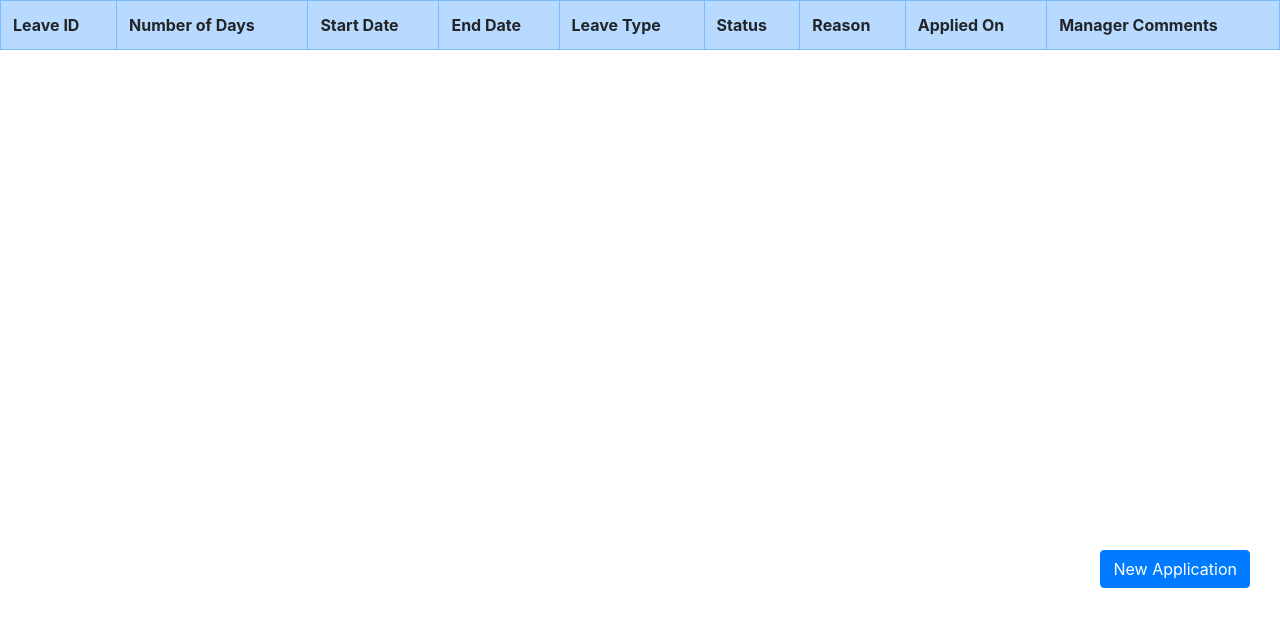
Repository: rkmr039/EMS_PROJECT
Page: http://localhost/EMS/MyLeaves.jsp
The author's editor kept a copy of each file at every save. The page is drawn from the files as they stood at one save, then again after the next save.
The browser window is 1280 px wide. The pictures show the whole page.
The page is served by Tomcat 9. Other server files are loaded and not shown.

Above is the page before, as saved 2019-08-27 11:40:48.
Console error: TypeError: Cannot read properties of undefined (reading 'fn')

### EMS/WebContent/MyLeaves.jsp
<%@ page language="java" contentType="text/html; charset=ISO-8859-1"
    pageEncoding="ISO-8859-1"%>
<!DOCTYPE html PUBLIC "-//W3C//DTD HTML 4.01 Transitional//EN" "http://www.w3.org/TR/html4/loose.dtd">
<html>
<head>
<link rel="stylesheet" type="text/css" href="css/myLeaves.css" />
<link rel="stylesheet" href="https://stackpath.bootstrapcdn.com/bootstrap/4.3.1/css/bootstrap.min.css" integrity="sha384-ggOyR0iXCbMQv3Xipma34MD+dH/1fQ784/j6cY/iJTQUOhcWr7x9JvoRxT2MZw1T" crossorigin="anonymous">
<script src="https://stackpath.bootstrapcdn.com/bootstrap/4.3.1/js/bootstrap.min.js" integrity="sha384-JjSmVgyd0p3pXB1rRibZUAYoIIy6OrQ6VrjIEaFf/nJGzIxFDsf4x0xIM+B07jRM" crossorigin="anonymous"></script>
<meta http-equiv="Content-Type" content="text/html; charset=ISO-8859-1">
<title>My Leaves | EMS</title>
</head>
<body>
	<table class="table" border="1" bordercolor=white>
		<tr class="table-primary">
			<th>Leave ID</th>
			<th>Number of Days</th>
			<th>Start Date</th>
			<th>End Date</th>
			<th>Leave Type</th>
			<th>Status</th>
			<th>Reason</th>
			<th>Applied On</th>
			<th>Manager Comments</th>
		</tr>

	</table>

	<div id="applyButton">
	<input  class="btn btn-primary" onClick="javascript:window.location.href='ApplyLeaves.jsp'" type="submit" value="New Application" />
	</div>

<script src="https://code.jquery.com/jquery-3.3.1.slim.min.js" integrity="sha384-q8i/X+965DzO0rT7abK41JStQIAqVgRVzpbzo5smXKp4YfRvH+8abtTE1Pi6jizo" crossorigin="anonymous"></script>
<script src="https://cdnjs.cloudflare.com/ajax/libs/popper.js/1.14.7/umd/popper.min.js" integrity="sha384-UO2eT0CpHqdSJQ6hJty5KVphtPhzWj9WO1clHTMGa3JDZwrnQq4sF86dIHNDz0W1" crossorigin="anonymous"></script>
</body>
</html>

### EMS/WebContent/css/myLeaves.css
#applyButton{
	position:absolute;
	top:550px;
	right:30px;/*
	border:1px solid black; */

}

After the next save:
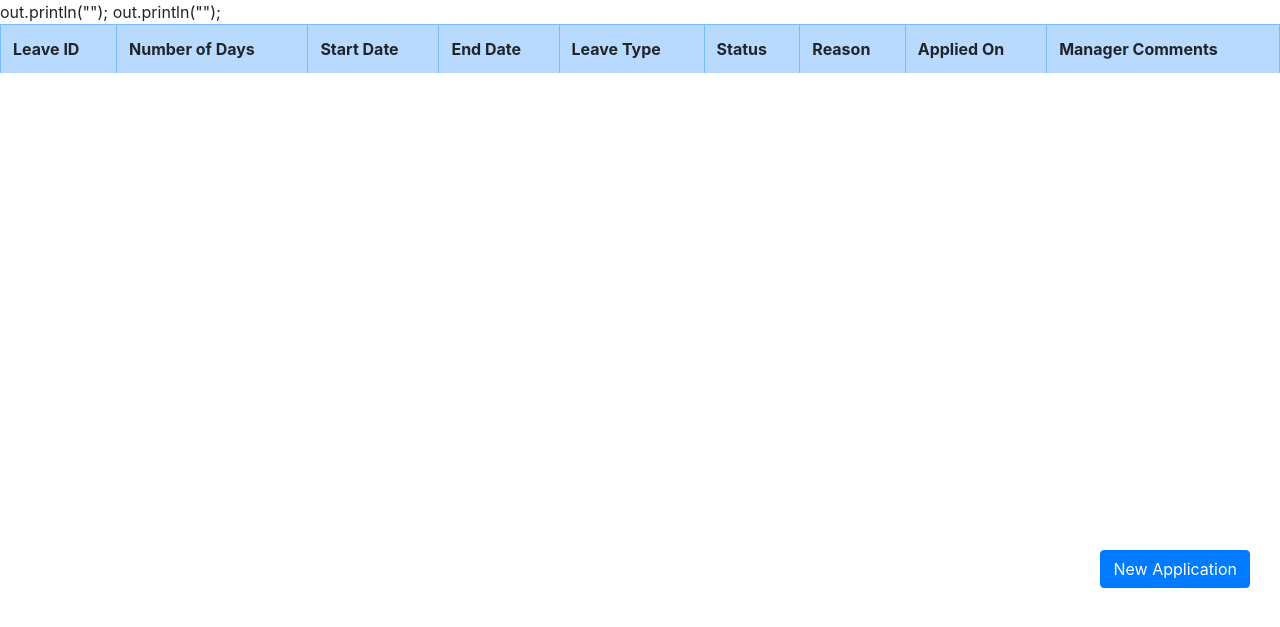
Saved 30 s later.
--- a/EMS/WebContent/MyLeaves.jsp
+++ b/EMS/WebContent/MyLeaves.jsp
@@ -22,7 +22,8 @@
 			<th>Applied On</th>
 			<th>Manager Comments</th>
 		</tr>
-
+		out.println("<tr>");
+		out.println("</tr>");
 	</table>
 
 	<div id="applyButton">
